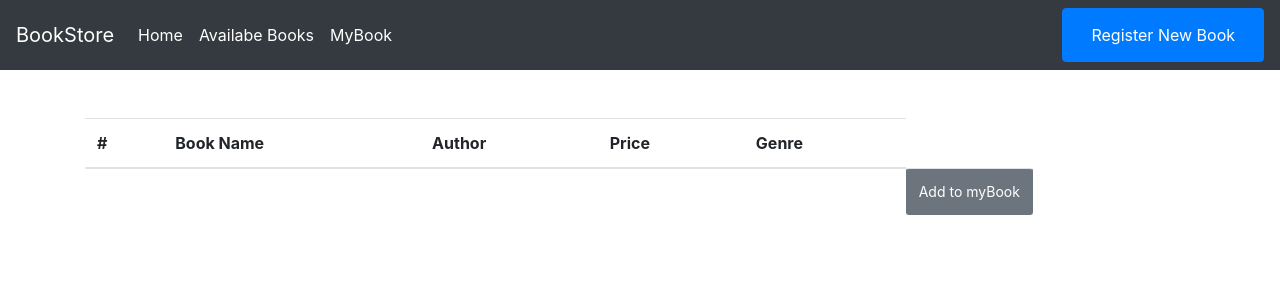
Repository: Sumanta-Sahoo/BookStoreApp
Page: http://localhost/availabeBooks
These files come from the project's save history. The page is drawn as it stood at one moment and after the next save; the edit follows.
The browser window is 1280 px wide. The pictures show the whole page.
The page is this project's Thymeleaf template; nobody is signed in. The template is opened directly, without the code that normally fills it, so the values that code supplies are empty.

Above is the page before, as saved 2024-03-18 23:55:36.

### bookstore/src/main/resources/templates/availabeBooks.html
<!doctype html>
<html lang="en" xmlns:th="https://www.thymeleaf.com">

<head>
	<!-- Required meta tags -->
	<meta charset="utf-8">
	<meta name="viewport" content="width=device-width, initial-scale=1, shrink-to-fit=no">

	<!-- Bootstrap CSS -->
	<link rel="stylesheet" href="https://cdn.jsdelivr.net/npm/bootstrap@4.4.1/dist/css/bootstrap.min.css"
		integrity="sha384-Vkoo8x4CGsO3+Hhxv8T/Q5PaXtkKtu6ug5TOeNV6gBiFeWPGFN9MuhOf23Q9Ifjh" crossorigin="anonymous">

	<title>BookStore</title>
</head>

<body>
	<nav class="navbar navbar-expand-lg navbar-light bg-dark">
		<a class="navbar-brand text-white" href="#">BookStore</a>
		<button class="navbar-toggler" type="button" data-toggle="collapse" data-target="#navbarSupportedContent"
			aria-controls="navbarSupportedContent" aria-expanded="false" aria-label="Toggle navigation">
			<span class="navbar-toggler-icon"></span>
		</button>

		<div class="collapse navbar-collapse" id="navbarSupportedContent">
			<ul class="navbar-nav mr-auto">
				<li class="nav-item active">
					<a class="nav-link text-white" href="#">Home<span class="sr-only">(current)</span></a>
				</li>
				<li class="nav-item">
					<a class="nav-link text-white" href="availabe_books">Availabe Books</a>
				</li>
				<li class="nav-item">
					<a class="nav-link text-white" href="my_books">MyBook</a>
				</li>
			</ul>
			<div>
				<button type="button" class="btn btn-primary"><a class="nav-link text-white"
						href="bookRegister">Register New Book</a></button>
			</div>

		</div>
	</nav>


	<div class="container my-5 md-6">
		<table class="table table-white table-hover">
			<thead>
				<tr>
					<th scope="col">#</th>
					<th scope="col">Book Name</th>
					<th scope="col">Author</th>
					<th scope="col">Price</th>
					<th scope="col">Genre</th>
				</tr>
			</thead>
			<tbody class="table-group-divider">
				<tr th:each:"b :${book}">
					<td th : text="${b.bookId}"></td>
					<td th : text="${b.bookName}"></td>
					<td th : text="${b.bookAuthor}"></td>
					<td th : text="${b.bookPrice}"></td>
					<td th : text="${b.bookGenre}"></td>
					<td class="btn btn-secondary btn-sm">Add to myBook</td>
				</tr>
			</tbody>
		</table>
	</div>

	<!-- Optional JavaScript -->
	<!-- jQuery first, then Popper.js, then Bootstrap JS -->
	<script src="https://code.jquery.com/jquery-3.4.1.slim.min.js"
		integrity="sha384-J6qa4849blE2+poT4WnyKhv5vZF5SrPo0iEjwBvKU7imGFAV0wwj1yYfoRSJoZ+n"
		crossorigin="anonymous"></script>
	<script src="https://cdn.jsdelivr.net/npm/popper.js@1.16.0/dist/umd/popper.min.js"
		integrity="sha384-Q6E9RHvbIyZFJoft+2mJbHaEWldlvI9IOYy5n3zV9zzTtmI3UksdQRVvoxMfooAo"
		crossorigin="anonymous"></script>
	<script src="https://cdn.jsdelivr.net/npm/bootstrap@4.4.1/dist/js/bootstrap.min.js"
		integrity="sha384-wfSDF2E50Y2D1uUdj0O3uMBJnjuUD4Ih7YwaYd1iqfktj0Uod8GCExl3Og8ifwB6"
		crossorigin="anonymous"></script>
</body>

</html>

After the next save:
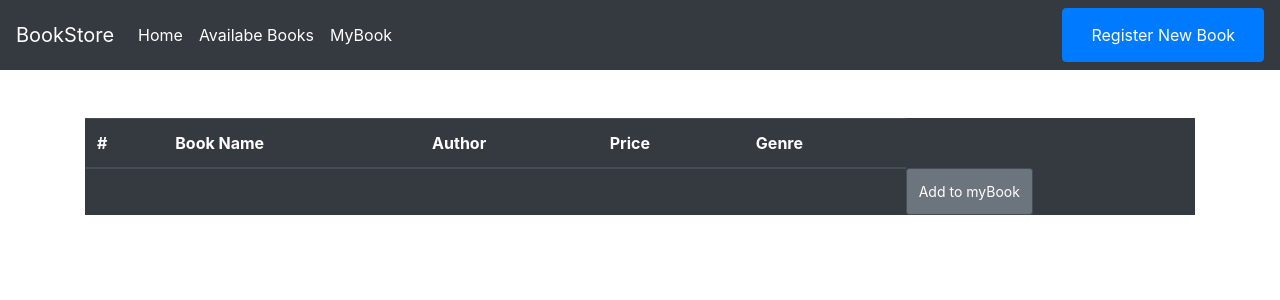
Saved 79 s later.
--- a/bookstore/src/main/resources/templates/availabeBooks.html
+++ b/bookstore/src/main/resources/templates/availabeBooks.html
@@ -43,7 +43,7 @@
 
 
 	<div class="container my-5 md-6">
-		<table class="table table-white table-hover">
+		<table class="table table-dark">
 			<thead>
 				<tr>
 					<th scope="col">#</th>
